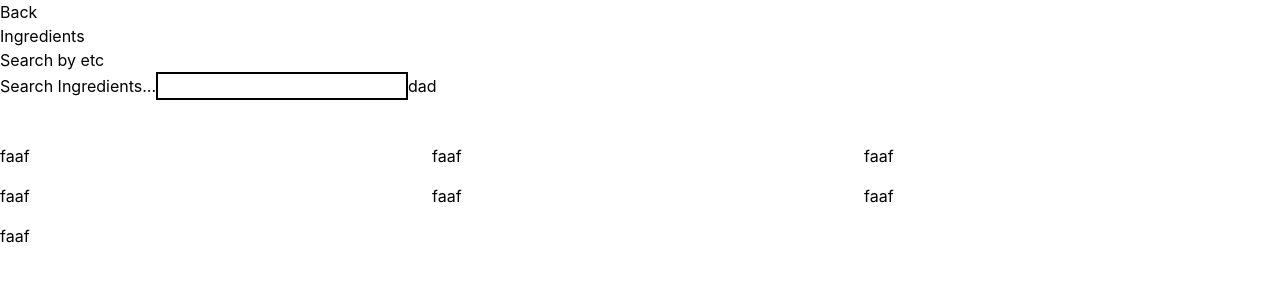
Repository: thais-chen/Meal
Page: /ingredients (app in meal-plan/)
An editor plug-in stored every save of this project. The page is shown before and after a run of saves, followed by the edit.
The browser window is 1280 px wide. The pictures show the whole page.
The project was rebuilt for these pictures with package versions that can differ from the ones it lists, and the page was loaded fresh each time. The framework's server and built-in components were replaced by stand-ins that run in the browser. Also part of the build but not shown: meal-plan/next.config.js.

Above is the page before, as saved 2022-08-11 19:41:11.

### meal-plan/pages/_app.js
import '../styles/globals.css'
/* import '../styles/globals.css'
import 'tailwindcss/tailwind.css'; */
function MyApp({ Component, pageProps }) {
  return <Component {...pageProps} />
}

export default MyApp

### meal-plan/pages/ingredients.js
import Heading from "../comps/Heading";
import Form from "../comps/Form";
import Navbar from "../comps/Navbar";
import { useState } from "react";
import Grid from "../comps/Grid";

export default function Ingredients() {
  const [form, setForm] = useState("");
  const [theimg, setTheImg] = useState({
    name: "",
    url: "",
    id: "",
  });
  const [imgArr, setImgArr] = useState([]);

  function handleChange(e) {
    setForm(e.target.value);
  }

  const getImg = async () => {
    const params = new URLSearchParams({ ingr: form });
    const res = await fetch(
      `https://edamam-food-and-grocery-database.p.rapidapi.com/parser?ingr=${params}`,
      {
        method: "GET",
        headers: {
          "X-RapidAPI-Key":
            "29a63a7413msh8378b61a2e11cf3p192e62jsn53d83f1651fe",
          "X-RapidAPI-Host": "edamam-food-and-grocery-database.p.rapidapi.com",
        },
      }
    );

    if (!res.ok) {
      throw res;
    }
    setForm("");
    const data = await res.json();
    return {
      name: form,
      url: data.parsed[0].food.image,
      id: Math.random(),
    };
  };
  const clickHandler = async () => {
    setForm("");
    try {
      const newImg = await getImg(); // wait for getImg() to resolve
      setTheImg(newImg); // set img state
      setImgArr((prev) => [...prev, newImg]); // add it to the array
    } catch (err) {
      console.error(err);
    }
  };

  const thingsElements = imgArr.map((thing) => (
    <div
      key={thing.id}
      className="grid grid-cols-3 gap-4 place-content-center h-48 ..."
    >
      <div className="grid grid-cols-3 gap-4 place-content-center h-48 ...">
        <img src={thing.url} />
        <p>{thing.name}</p>
      </div>
    </div>
  ));

  return (
    <>
      <Navbar page="/" />
      <Heading heading="Ingredients" info="Search by etc" />
      <Form
        label="Search Ingredients..."
        onChange={handleChange}
        value={form}
        imgsrc={theimg}
        clicked={clickHandler}
      />

      {thingsElements}
      <Grid />
    </>
  );
}

### meal-plan/styles/globals.css
@import 'tailwindcss/base';
@import 'tailwindcss/components';

@import 'tailwindcss/utilities';

html,
body {
  padding: 0;
  margin: 0;
  font-family: -apple-system, BlinkMacSystemFont, Segoe UI, Roboto, Oxygen,
    Ubuntu, Cantarell, Fira Sans, Droid Sans, Helvetica Neue, sans-serif;
}

a {
  color: inherit;
  text-decoration: none;
}

* {
  box-sizing: border-box;
}

@media (prefers-color-scheme: dark) {
  html {
    color-scheme: dark;
  }
  body {
    color: white;
    background: black;
  }
}

input{
  border:2px solid;
}

### meal-plan/comps/Heading.js

const Heading = (props) => {
    return(
        <div>
            <h1> {props.heading}</h1>
            <p>{props.info}</p>
        </div>
    )
}
export default Heading;

### meal-plan/comps/Form.js
import { useState } from "react";

const Form = (props) => {
  return (
    <>
      <label>
        {props.label}
        <input value={props.value} onChange={props.onChange} />
        <button onClick={props.clicked}>dad </button>
      </label>
    </>
  );
};
export default Form;

### meal-plan/comps/Navbar.js
import Link from "next/link";

const Navbar = (props) => {
  return (
    <>
      <Link href={`${props.page}`}>
        <a> Back </a>
      </Link>
    </>
  );
};
export default Navbar;

### meal-plan/comps/Grid.js
import { useState, useEffect } from "react";
import Link from "next/link";

const Grid = ( ) => {



  return (
    <div className="grid grid-cols-3 gap-4 place-content-center h-48 ...">
      <p>faaf</p>

      <p>faaf</p>
      <p>faaf</p>
      <p>faaf</p>
      <p>faaf</p>
      <p>faaf</p>

      <p>faaf</p>
    </div>
  );
};
export default Grid;

### meal-plan/tailwind.config.js
/** @type {import('tailwindcss').Config} */
module.exports = {
  content: [
    "./pages/**/*.{js,ts,jsx,tsx}",
    "./comps/**/*.{js,ts,jsx,tsx}",
  ],
  theme: {
    extend: {},
  },
  plugins: [],
};

After the next 2 saves:
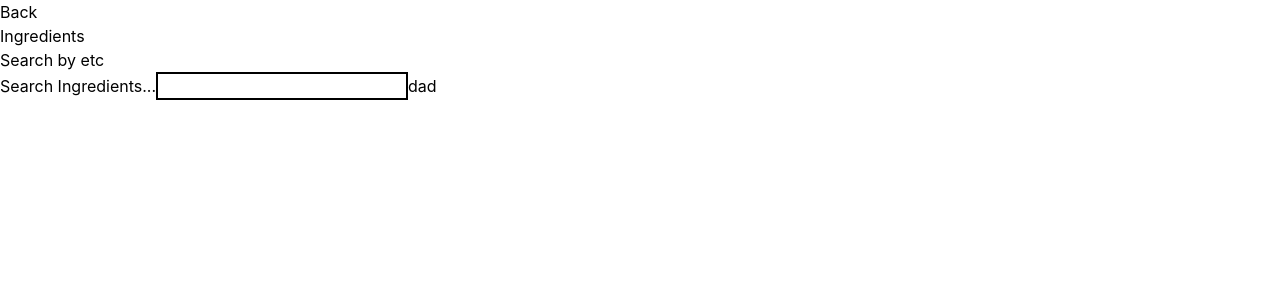
The 2 saves are shown as one change because they came seconds apart.
The last was saved 12 s later.
--- a/meal-plan/pages/ingredients.js
+++ b/meal-plan/pages/ingredients.js
@@ -58,10 +58,8 @@ export default function Ingredients() {
       key={thing.id}
       className="grid grid-cols-3 gap-4 place-content-center h-48 ..."
     >
-      <div className="grid grid-cols-3 gap-4 place-content-center h-48 ...">
-        <img src={thing.url} />
-        <p>{thing.name}</p>
-      </div>
+      <img src={thing.url} />
+      <p>{thing.name}</p>
     </div>
   ));
 
@@ -78,7 +76,6 @@ export default function Ingredients() {
       />
 
       {thingsElements}
-      <Grid />
     </>
   );
 }
